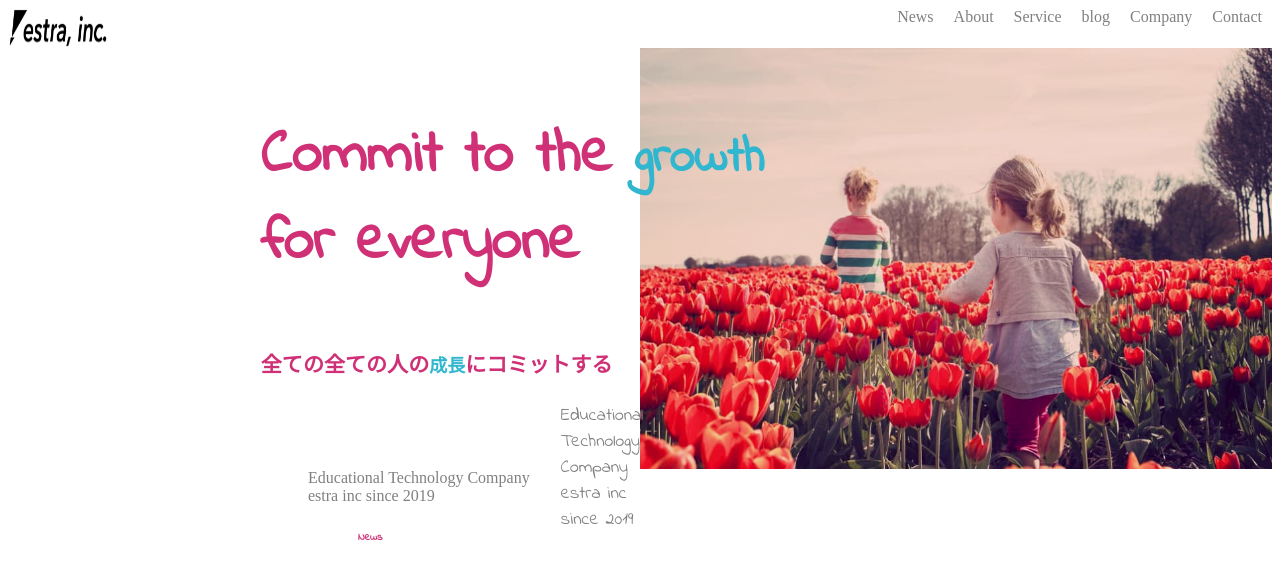
Repository: sigemasaasuka/20210902
Page: index.html
An editor plug-in stored every save of this project. The page is shown before and after the next save, followed by the edit.
The browser window is 1280 px wide. The pictures show the whole page.

Above is the page before, as saved 2021-09-08 20:49:41.

After the next save:
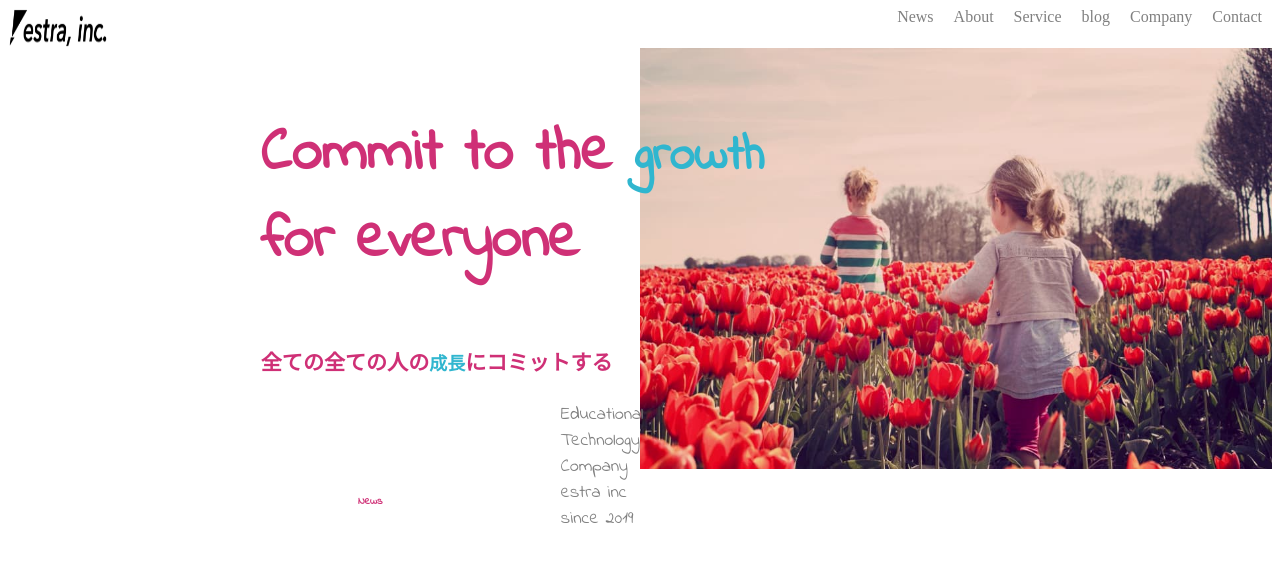
Saved 5 s later.
--- a/index.html
+++ b/index.html
@@ -33,7 +33,7 @@
         <p class="subtitle">Educational Technology Company<br>estra inc since 2019</p>
       </div>
     </div>
-    <p class="subtitle">Educational Technology Company<br>estra inc since 2019</p>
+
     <div class="smlltitle">
     <h6>News</h6>
     </div>

After the save that followed:
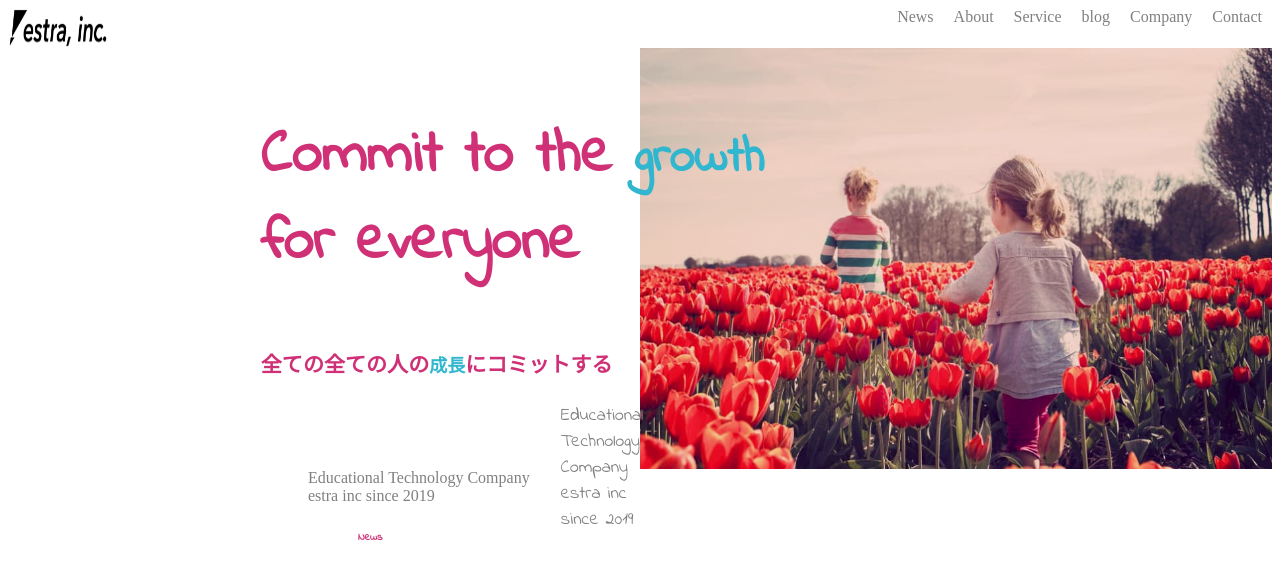
Saved 15 s later.
--- a/index.html
+++ b/index.html
@@ -33,7 +33,7 @@
         <p class="subtitle">Educational Technology Company<br>estra inc since 2019</p>
       </div>
     </div>
-
+    <p class="subtitle">Educational Technology Company<br>estra inc since 2019</p>
     <div class="smlltitle">
     <h6>News</h6>
     </div>
